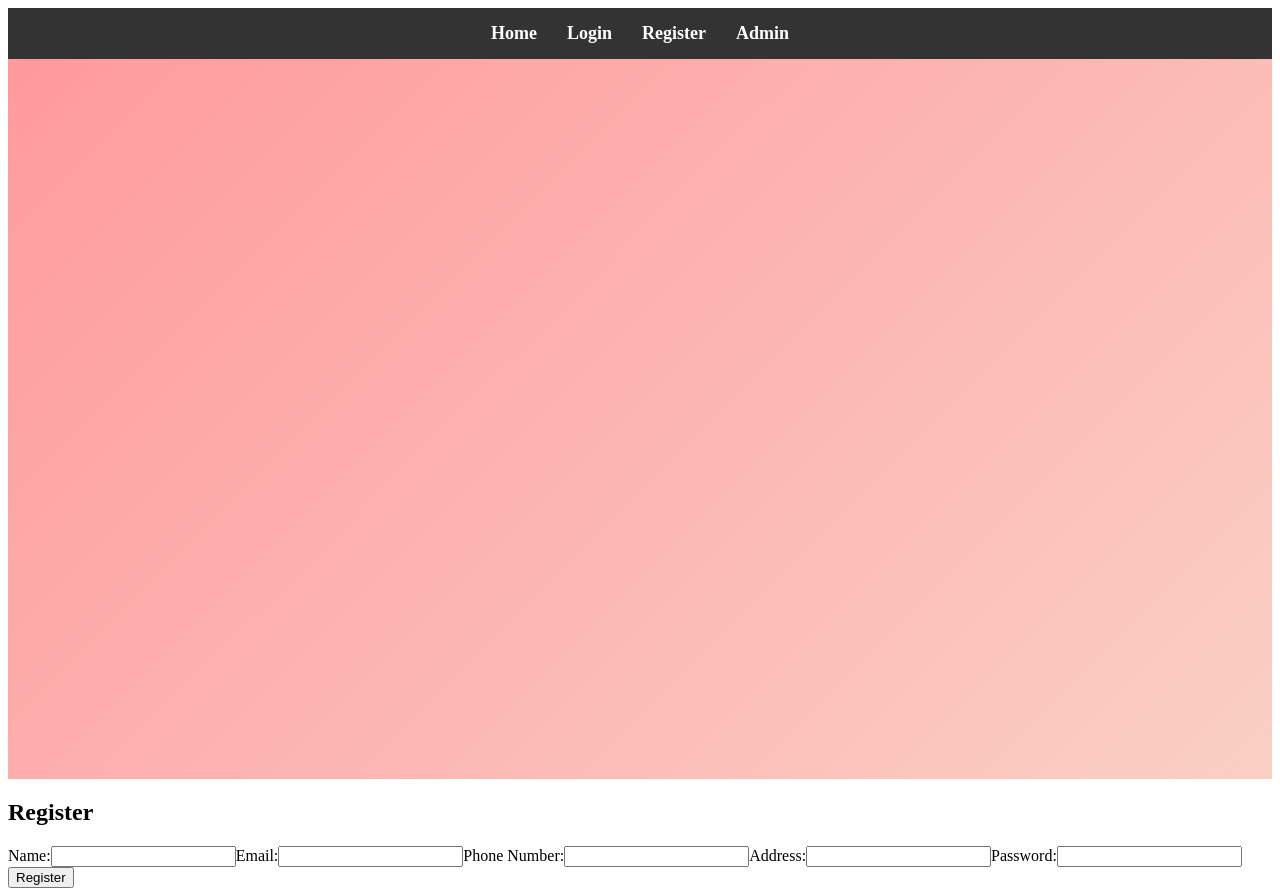
Repository: AhmedIbu/angular-login-app
Page: /register (app in angular-login-app/)
These files come from the project's save history. The page is drawn as it stood at one moment and after a run of saves; the edit follows.
The browser window is 1280 px wide. The pictures show the whole page.
The project was rebuilt for these pictures with package versions that can differ from the ones it lists, and the page was loaded fresh each time. Also part of the build but not shown: angular-login-app/angular.json, angular-login-app/src/app/home/home.component.ts, angular-login-app/src/app/login/login.component.ts, angular-login-app/src/app/services/auth.service.ts, angular-login-app/src/app/admin-dashboard/admin-dashboard.component.ts, angular-login-app/src/app/admin-login/admin-login.component.ts, angular-login-app/src/app/user-dashboard/user-dashboard.component.ts.

Above is the page before, as saved 2025-02-21 11:16:40.

### angular-login-app/src/index.html
<!doctype html>
<html lang="en">
<head>
  <meta charset="utf-8">
  <title>AngularLoginApp</title>
  <base href="/">
  <meta name="viewport" content="width=device-width, initial-scale=1">
  <link rel="icon" type="image/x-icon" href="favicon.ico">
</head>
<body>
  <app-root></app-root>
</body>
</html>

### angular-login-app/src/styles.css
/*  app components css   */

/* Style the navigation bar */
.navbar {
  background: #333;
  padding: 15px;
  text-align: center;
}

/* Style the list */
.nav-list {
  list-style: none;
  padding: 0;
  margin: 0;
  display: flex;
  justify-content: center;
}

/* Style the navigation links */
.nav-list li {
  margin: 0 15px;
}

.nav-link {
  text-decoration: none;
  color: white;
  font-size: 18px;
  font-weight: bold;
  transition: color 0.3s ease-in-out;
}

/* Hover effect */
.nav-link:hover {
  color: #00c8ff;
}

/* Responsive design */
@media (max-width: 600px) {
  .nav-list {
    flex-direction: column;
  }

  .nav-list li {
    margin-bottom: 10px;
  }
}

### angular-login-app/src/main.ts
import { bootstrapApplication } from '@angular/platform-browser';
import { appConfig } from './app/app.config';
import { AppComponent } from './app/app.component';
import { provideHttpClient } from '@angular/common/http';

bootstrapApplication(AppComponent, {
  ...appConfig, // ✅ Spread existing config
  providers: [
    ...appConfig.providers, // ✅ Keep existing providers
    provideHttpClient() // ✅ Ensure HTTP client is provided
  ]
}).catch(err => console.error(err));

### angular-login-app/src/app/app.config.ts
import { ApplicationConfig } from '@angular/core';
import { provideRouter, Routes } from '@angular/router';
import { provideHttpClient } from '@angular/common/http';

// ✅ Import standalone components
import { HomeComponent } from './home/home.component';
import { LoginComponent } from './login/login.component';
import { RegisterComponent } from './register/register.component';
import { AdminDashboardComponent } from './admin-dashboard/admin-dashboard.component';
import { AdminLoginComponent } from './admin-login/admin-login.component';
import { UserDashboardComponent } from './user-dashboard/user-dashboard.component';

// ✅ Define routes
const routes: Routes = [
  { path: '', component: HomeComponent}, // Default route
  { path: 'login', component: LoginComponent },
  { path: 'register', component: RegisterComponent },
  { path: 'admin-login', component: AdminLoginComponent },
  { path: 'user-dashboard', component: UserDashboardComponent },
  { path: 'admin-dashboard', component: AdminDashboardComponent },
  { path: '**', redirectTo: 'user-dashboard' } // Catch-all for unknown routes
];

export const appConfig: ApplicationConfig = {
  providers: [
    provideRouter(routes),
    provideHttpClient()
  ]
};

### angular-login-app/src/app/app.component.ts
import { Component } from '@angular/core';
import { RouterModule } from '@angular/router';

@Component({
  selector: 'app-root',
  standalone: true,
  imports: [RouterModule],
  templateUrl: './app.component.html',
  styleUrls: ['./app.component.css','../styles.css']
})
export class AppComponent { }

### angular-login-app/src/app/register/register.component.ts
import { CommonModule } from '@angular/common';
import { Component } from '@angular/core';
import { FormsModule } from '@angular/forms';
import { UserService } from '../services/user.service';

@Component({
  selector: 'app-register',
  standalone: true,
  imports: [CommonModule, FormsModule],
  templateUrl: './register.component.html',
  styleUrls: ['./register.component.css']
})
export class RegisterComponent {
  user = { name: '', email: '', phone: '', address: '', password: '' };
  errorMessage = '';
  successMessage = '';
  loading = false; // ✅ Added loading state

  constructor(private userService: UserService) {}

  registerUser() {
    // ✅ Prevent duplicate submissions
    if (this.loading) return;

    // ✅ Validate form fields
    if (!this.validateForm()) {
      this.errorMessage = "All fields are required";
      return;
    }

    // ✅ Show loading state
    this.loading = true;
    this.errorMessage = '';
    this.successMessage = '';

    console.log('📤 Sending Data:', this.user); // Debugging

    this.userService.registerUser(this.user).subscribe({
      next: (response: any) => {
        console.log('✅ Registration successful:', response);
        this.successMessage = response.message || 'User Registered Successfully!';
        alert(this.successMessage);
        this.resetForm();
      },
      error: (error) => {
        console.error('❌ Registration failed:', error);
        this.errorMessage = error.error?.message || 'Registration failed. Try again.';
        alert(this.errorMessage);
      },
      complete: () => {
        this.loading = false; // ✅ Re-enable form after request completes
      }
    });
  }

  private validateForm(): boolean {
    return Object.values(this.user).every(value => value.trim() !== '');
  }

  private resetForm() {
    this.user = { name: '', email: '', phone: '', address: '', password: '' };
    this.errorMessage = '';
    this.successMessage = '';
  }
}

### angular-login-app/src/app/app.component.html
<nav class="navbar">
  <ul class="nav-list">
    <li><a routerLink="/" class="nav-link">Home</a></li>
    <li><a routerLink="/login" class="nav-link">Login</a></li>
    <li><a routerLink="/register" class="nav-link">Register</a></li>
    <li><a routerLink="/admin-login" class="nav-link">Admin</a></li>
  </ul>
</nav>

<router-outlet></router-outlet>

### angular-login-app/src/app/register/register.component.html
<div class="register-container"></div>
<h2>Register</h2>
<form (ngSubmit)="registerUser()">
  <label>Name:</label>
  <input type="text" [(ngModel)]="user.name" name="name" required>

  <label>Email:</label>
  <input type="email" [(ngModel)]="user.email" name="email" required>

  <label>Phone Number:</label>
  <input type="text" id="phone" [(ngModel)]="user.phone" name="phone" required>

  <label for="address">Address:</label>
  <input type="text" id="address" [(ngModel)]="user.address" name="address" required>

  <label>Password:</label>
  <input type="password" [(ngModel)]="user.password" name="password" required>

  <button type="submit">Register</button>

  <p *ngIf="errorMessage" style="color: red;">{{ errorMessage }}</p>
</form>

### angular-login-app/src/app/register/register.component.css
/* Centering the register form */
.register-container {
    display: flex;
    justify-content: center;
    align-items: center;
    height: 100vh;
    background: linear-gradient(135deg, #ff9a9e, #fad0c4);
  }

  /* Glassmorphism effect for the form */
  .register-box {
    background: rgba(255, 255, 255, 0.2);
    backdrop-filter: blur(10px);
    border-radius: 12px;
    padding: 30px;
    box-shadow: 0 4px 6px rgba(0, 0, 0, 0.1);
    width: 320px;
    text-align: center;
    color: #fff;
  }

  /* Styling form elements */
  .register-box h2 {
    margin-bottom: 20px;
    font-size: 24px;
    font-weight: bold;
  }

  .register-box input {
    width: 100%;
    padding: 10px;
    margin: 10px 0;
    border: none;
    border-radius: 5px;
    font-size: 16px;
  }

  /* Register button styles */
  .register-btn {
    background: #ff758c;
    color: white;
    border: none;
    padding: 10px;
    font-size: 18px;
    width: 100%;
    border-radius: 5px;
    cursor: pointer;
    transition: 0.3s;
  }

  .register-btn:hover {
    background: #ff5277;
    transform: scale(1.05);
  }

  /* Style for the "Already have an account?" text */
  .register-box p {
    margin-top: 10px;
    font-size: 14px;
  }

  .register-box a {
    color: #fff;
    text-decoration: underline;
    transition: 0.3s;
  }

  .register-box a:hover {
    color: #ff5277;
  }

### angular-login-app/src/app/services/user.service.ts
import { Injectable } from '@angular/core';
import { HttpClient , HttpHeaders} from '@angular/common/http';
import { Observable } from 'rxjs';

@Injectable({
  providedIn: 'root'
})
export class UserService {
  private apiUrl = 'http://127.0.0.1:5000/get-users'; // Flask backend base URL

  constructor(private http: HttpClient) {}

  registerUser(userData: any) {
    return this.http.post('http://127.0.0.1:5000/register', userData, {
      headers: { 'Content-Type': 'application/json' }
    });
  }

  loginUser(credentials: any): Observable<any> {
    return this.http.post(`${this.apiUrl}/login`, credentials);
  }

  getUsers(): Observable<any> {
    const token = localStorage.getItem('token');
    const headers = new HttpHeaders({ 'Authorization': `Bearer ${token}` });

    return this.http.get<any>(this.apiUrl, { headers });
  }


  addUser(userData: any): Observable<any> {
    return this.http.post(`${this.apiUrl}/add-user`, userData);
  }
}

Loaded but not shown: angular-login-app/src/app/app.component.css (no stored copy; drawn as an empty file)

After the next 2 saves:
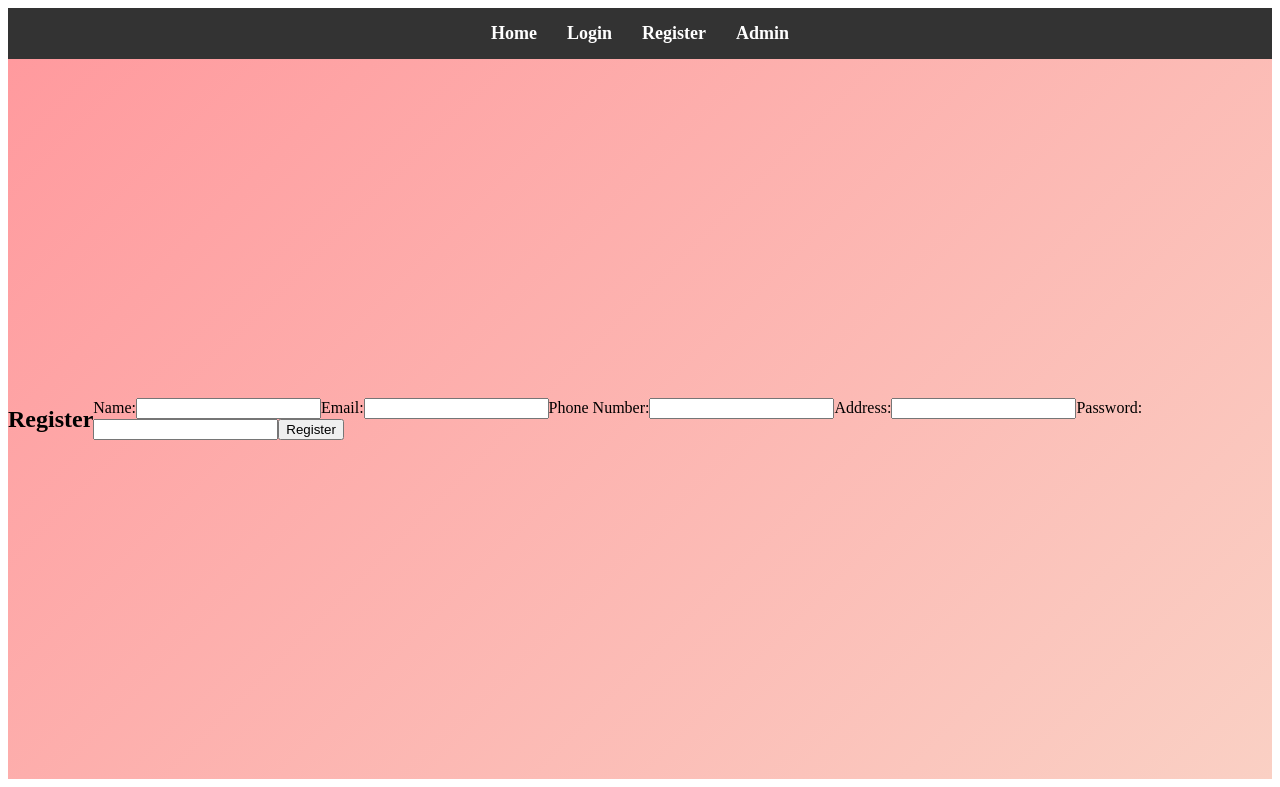
The 2 saves are shown as one change because they came seconds apart.
The last was saved 7 s later.
--- a/angular-login-app/src/app/register/register.component.html
+++ b/angular-login-app/src/app/register/register.component.html
@@ -1,4 +1,4 @@
-<div class="register-container"></div>
+<div class="register-container">
 <h2>Register</h2>
 <form (ngSubmit)="registerUser()">
   <label>Name:</label>
@@ -20,3 +20,4 @@
 
   <p *ngIf="errorMessage" style="color: red;">{{ errorMessage }}</p>
 </form>
+</div>
